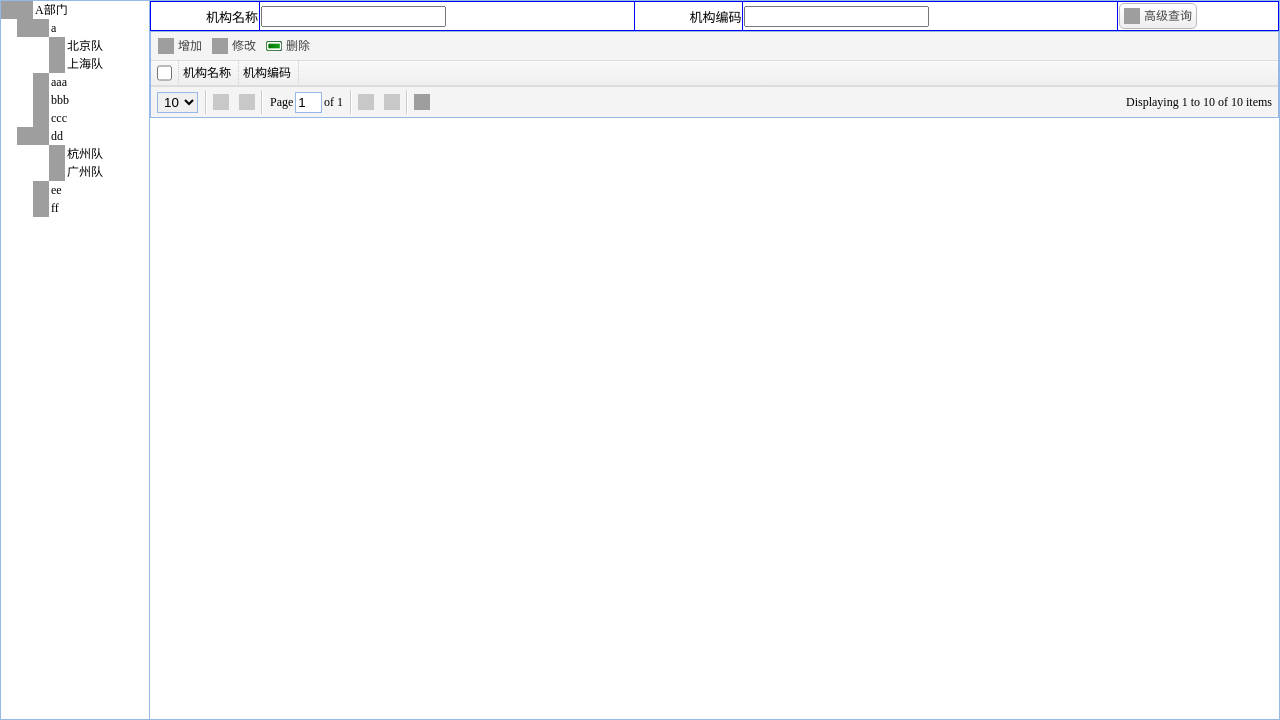
Repository: ilbcjstudio/wj
Page: DemoSSH/WebRoot/html/jgwh.html
These files come from the project's save history. The page is drawn as it stood at one moment and after the next save; the edit follows.
The browser window is 1280 px wide. The pictures show the whole page.
Pictures or frames that could not be fetched are drawn as grey boxes.

Above is the page before, as saved 2015-03-18 06:22:46.

After the next save:
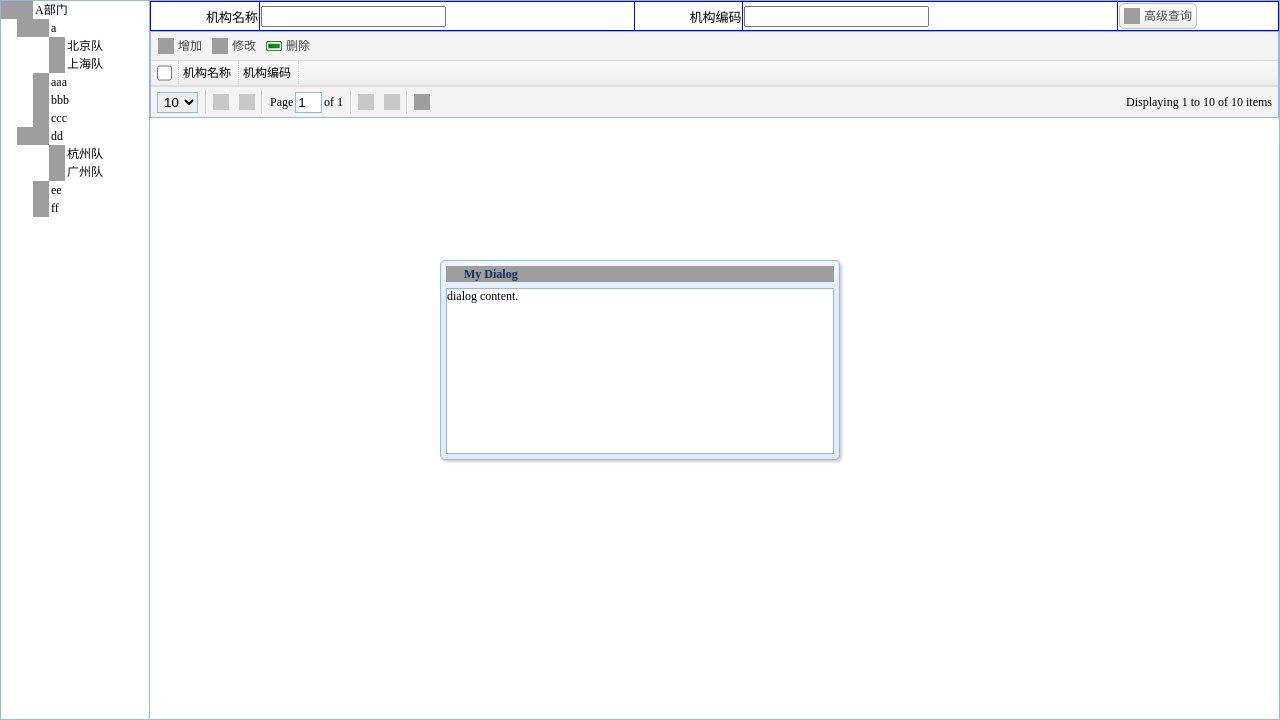
Saved 9 min 42 s later.
--- a/DemoSSH/WebRoot/html/jgwh.html
+++ b/DemoSSH/WebRoot/html/jgwh.html
@@ -117,6 +117,10 @@
 			</tr>
 		  </tbody>
 		</table>
+		<div class="easyui-dialog" style="width:400px;height:200px"
+   data-options="title:'My Dialog',collapsible:true,iconCls:'icon-ok',onOpen:function(){}">
+       dialog content.
+</div>
 
 		 <table id="t1"></table>
 	</div>

After the save that followed:
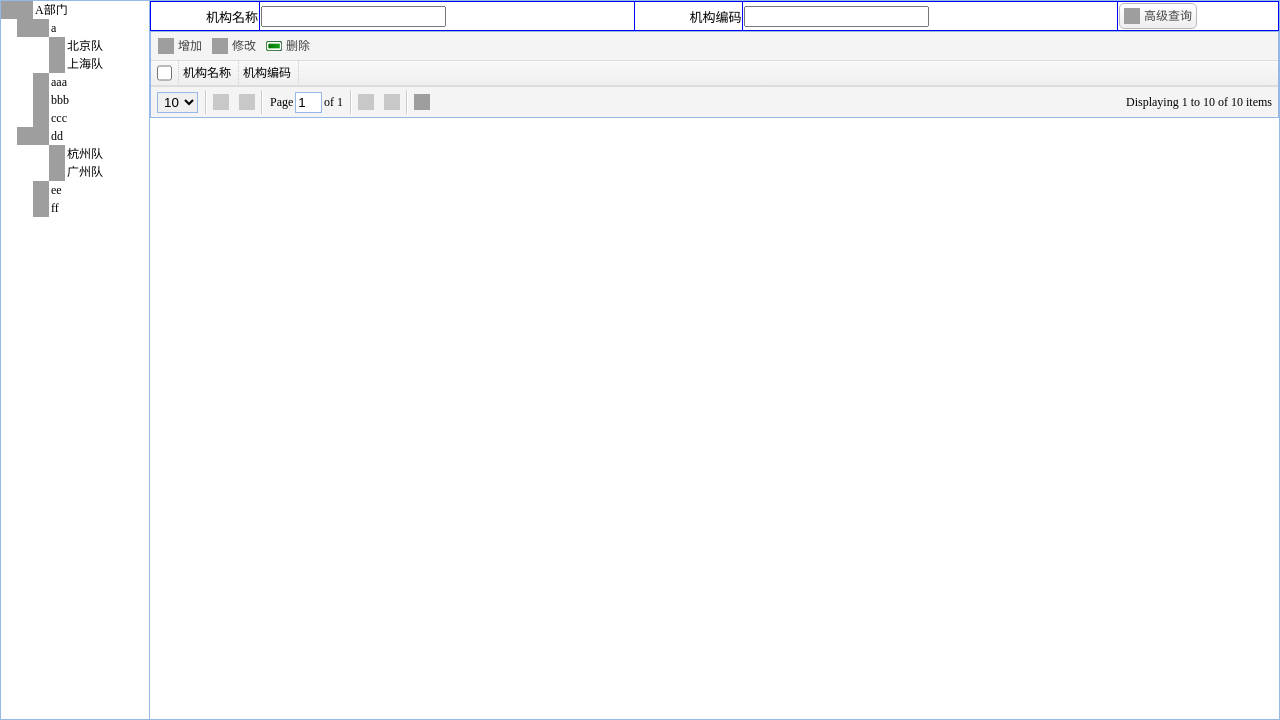
Saved 12 s later.
--- a/DemoSSH/WebRoot/html/jgwh.html
+++ b/DemoSSH/WebRoot/html/jgwh.html
@@ -117,10 +117,7 @@
 			</tr>
 		  </tbody>
 		</table>
-		<div class="easyui-dialog" style="width:400px;height:200px"
-   data-options="title:'My Dialog',collapsible:true,iconCls:'icon-ok',onOpen:function(){}">
-       dialog content.
-</div>
+
 
 		 <table id="t1"></table>
 	</div>
